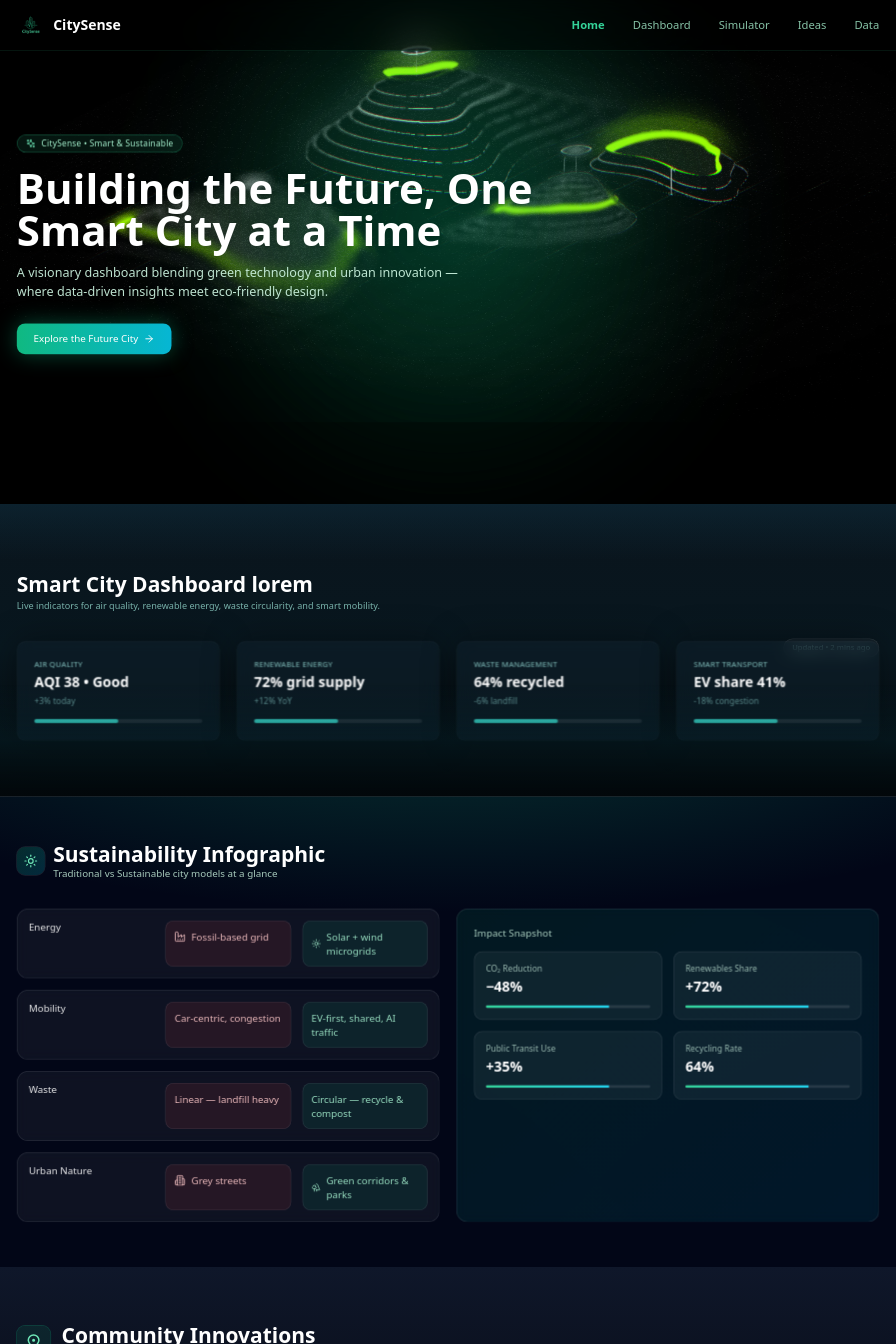
Repository: crashyet/CitySense
Page: /
An editor plug-in stored every save of this project. The page is shown before and after the next save, followed by the edit.
The browser window is 1280 px wide. The pictures show the part of the page from y = 0 to 1920 px (the page is 2586 px tall), at 70% of full size.
The project was rebuilt for these pictures with package versions that can differ from the ones it lists, and the page was loaded fresh each time. Also part of the build but not shown: vite.config.js, src/components/EnergyPieChart.jsx, src/components/TrafficCongestionChart.jsx, src/components/WeeklyAQIChart.jsx, src/pages/Dashboardpack/index.jsx, src/pages/Simulator/index.jsx, src/pages/Ideas/index.jsx, src/pages/Data/index.jsx.

Above is the page before, as saved 2025-11-18 19:08:41.

After the next save:
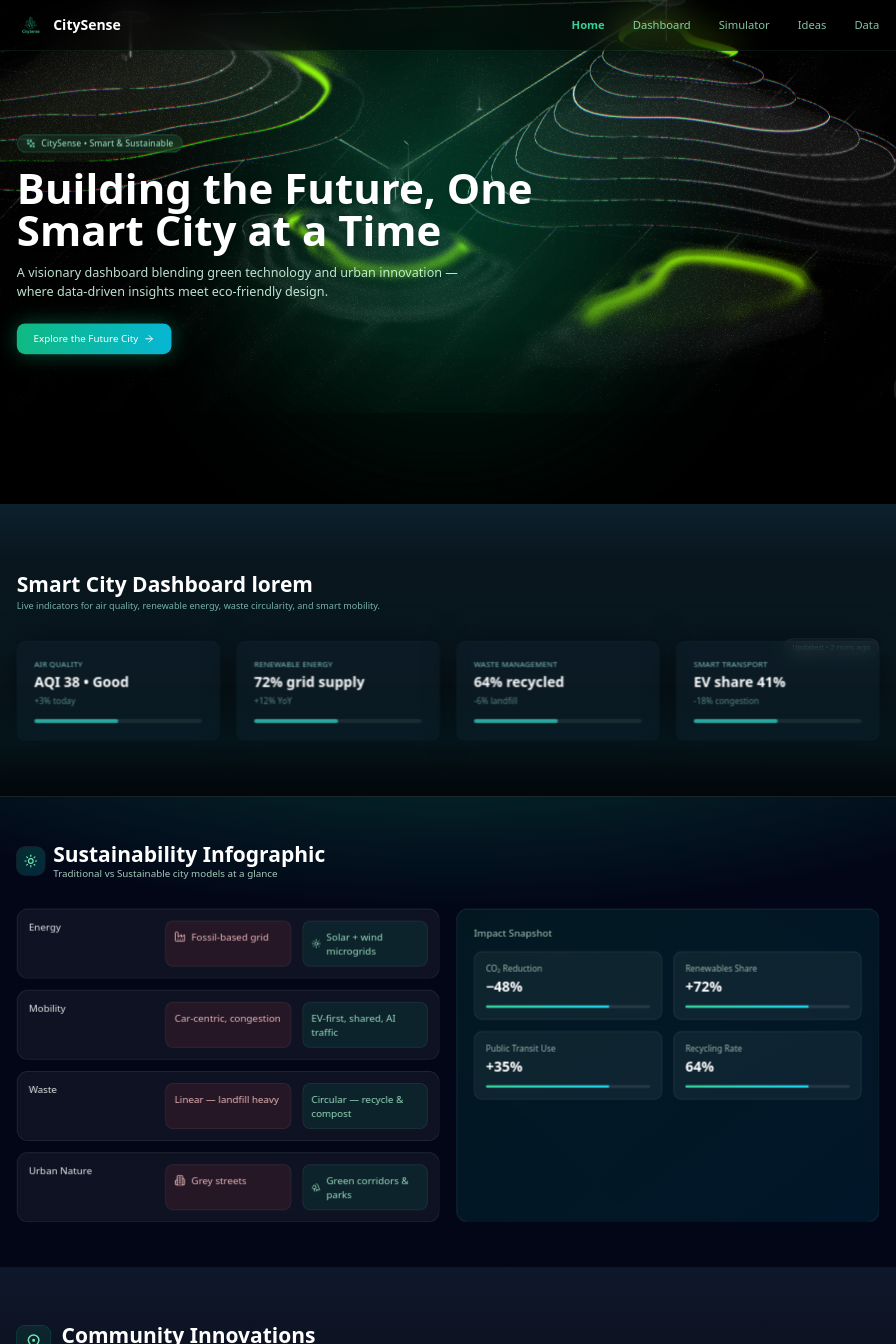
Saved 115 s later.
--- a/src/pages/landing/Hero.jsx
+++ b/src/pages/landing/Hero.jsx
@@ -1,6 +1,6 @@
 // src/components/Hero.jsx
 import React from "react";
-import Background from "/src/assets/background.png";
+import Background from "/src/assets/background1.png";
 
 const Hero = () => {
   return (
